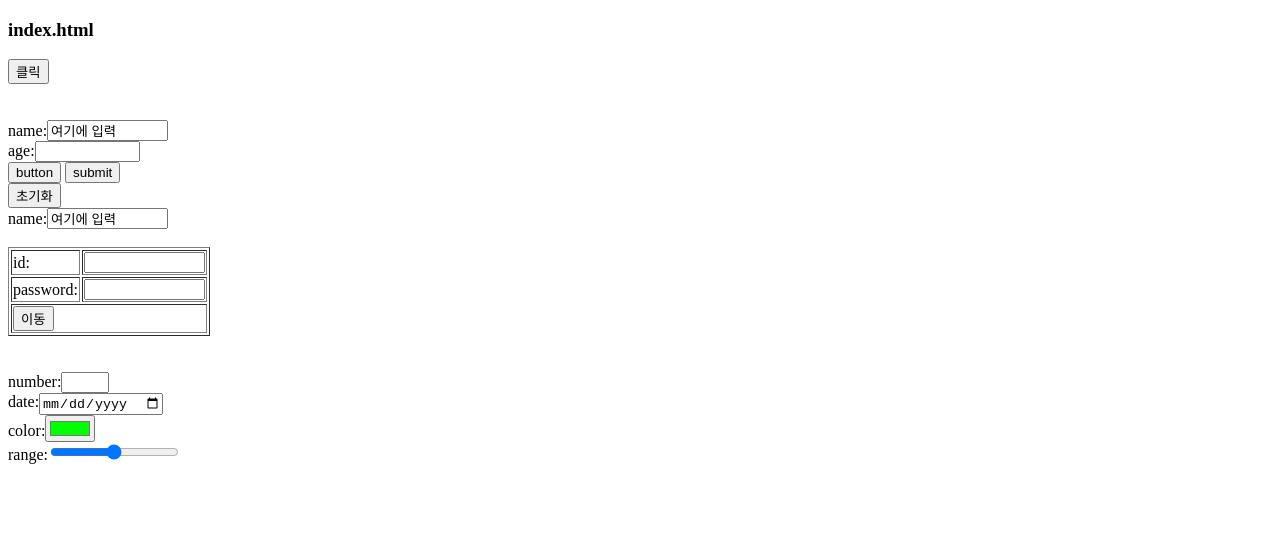
Repository: Jv2020/bitcamp
Page: html/sample04/WebContent/index.html
An editor plug-in stored every save of this project. The page is shown before and after the next save, followed by the edit.
The browser window is 1280 px wide. The pictures show the whole page.

Above is the page before, as saved 2020-01-03 02:54:00.

### html/sample04/WebContent/index.html
<!DOCTYPE html>
<html>
<head>
<meta charset="UTF-8">
<title>Insert title here</title>
</head>
<body>

<!--
	link -> anchor <a href="이동하고 싶은 파일 또는 URL">표시문자열 이미지</a>
-->

<!--

form
event resource와 같이 많이 사용.
입력데이터 등을 전송할 수 있다.

	id		: # 현재 페이지에서 1개만 인식 (중복x), JacaScript(=JQery)
	class	: . 다중 인식. CSS()
	name	: link용. 값을 전송. 변수의 역할

-->


<!--

<form action="이동하고 싶은 파일 또는 주소 or 파일명"> submit
	입력 리소스
	<input type="submit" value="클릭">
</form>

-->
<h3>index.html</h3>
<form action="NewFile.html">
	<input type="submit" value="클릭">
</form>

<br><br>

<!--
	input : button(submit), checkbox, radio, textfield ...
-->
<form action="NewFile.html">
   name:<input type="text" value="여기에 입력" size="12">
   <br>
   age:<input type="text" value="" size="10">
   <br>
   <input type="submit" value="button">
   <input type="submit" value="submit">
   <br>
   <input type="reset" value="초기화">
</form>

name:<input type="text" value="여기에 입력" size="12">

<br><br>

<form action="NewFile.jsp">
	<table border="1">
		<tr>
			<td>id:</td>
			<td><input type="text" name="id" value="" size="12"></td>
		</tr>
		<tr>
			<td>password:</td>
			<td><input type = "password" name="pwd" size="12"></td>
		</tr>
		<tr>
			<td colspan="2"><input type="submit" value="이동"></td>
		</tr>
	</table>
</form>

<br><br>

<!-- html5 -->
<form action="">
	number:<input type="number" max="5" min="1">
	<br>
	date:<input type="date">
	<br>
	color:<input type="color" value="#00ff00">
	<br>
	range:<input type="range" max="10" min="0">
</form>


</body>
</html>

After the next save:
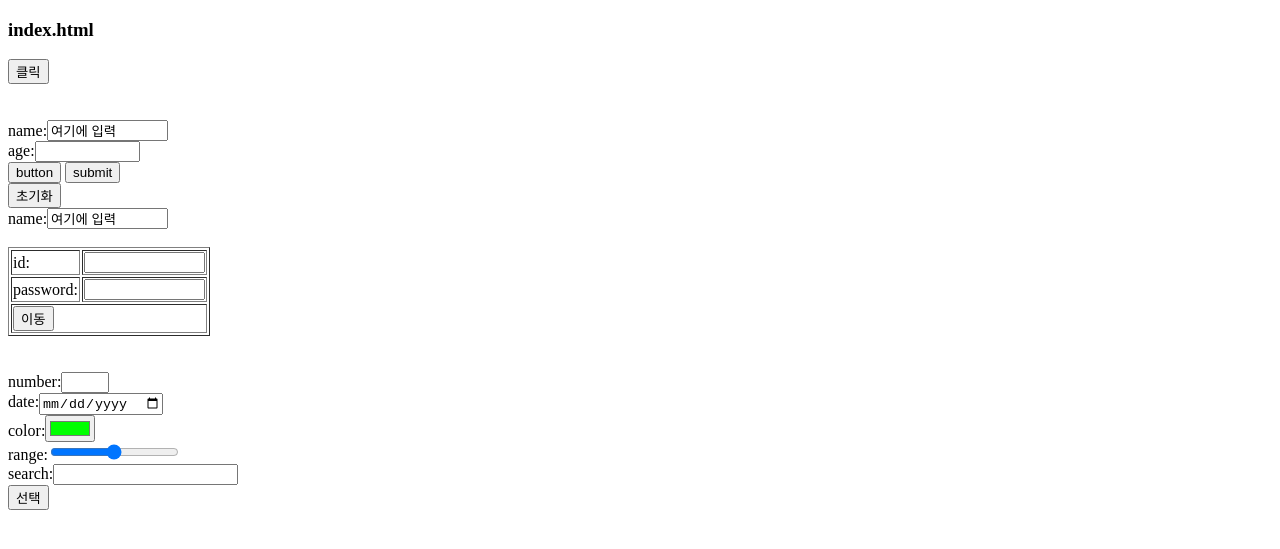
Saved 3 min 43 s later.
--- a/html/sample04/WebContent/index.html
+++ b/html/sample04/WebContent/index.html
@@ -83,6 +83,10 @@ name:<input type="text" value="여기에 입력" size="12">
 	color:<input type="color" value="#00ff00">
 	<br>
 	range:<input type="range" max="10" min="0">
+	<br>
+	search:<input type="search">
+	<br>
+	<input type="submit" value="선택">
 </form>
 
 
